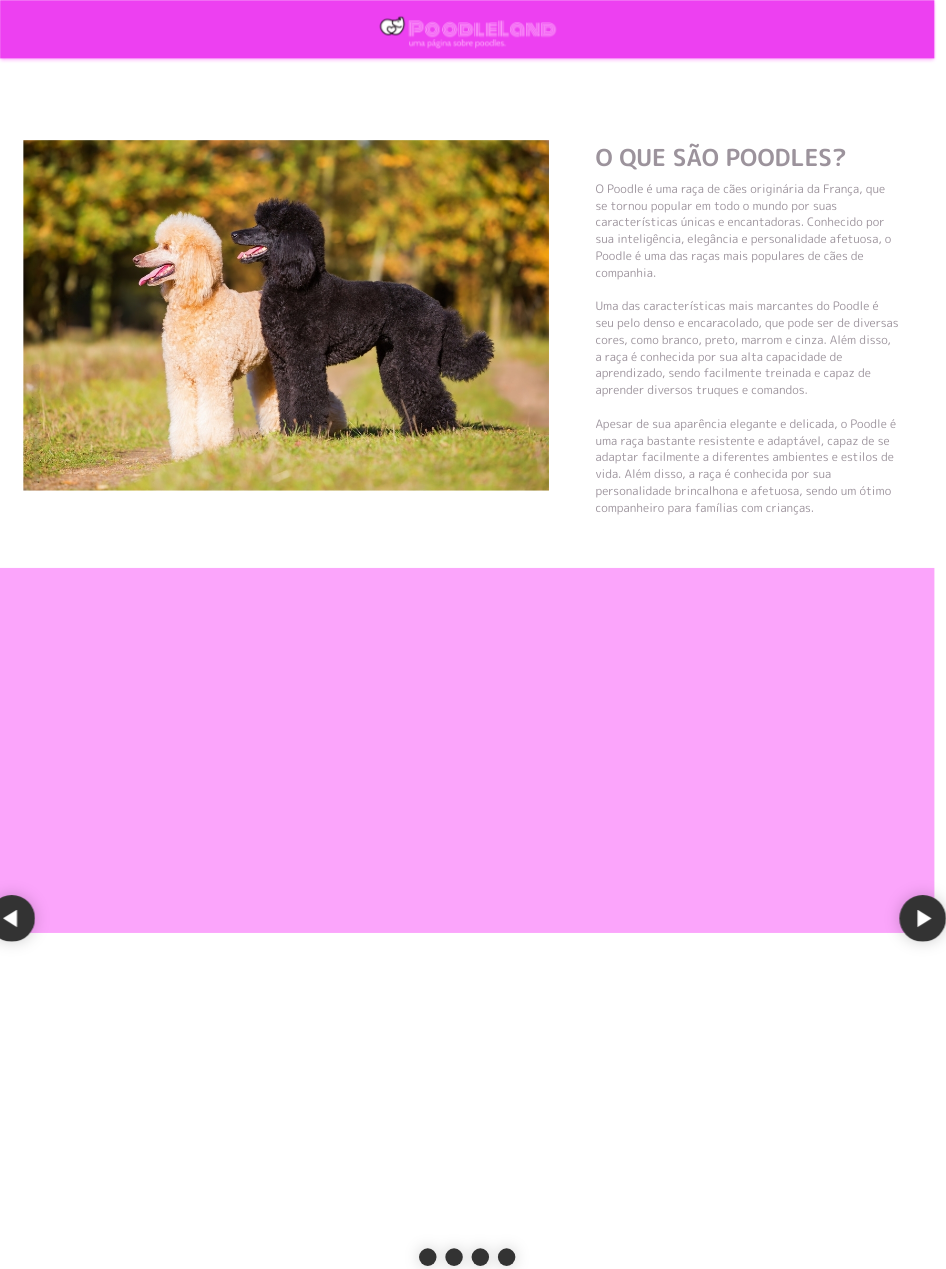
Repository: vinibalt/PoodleLand
Page: poddlelandia.html
The author's editor kept a copy of each file at every save. The page is drawn from the files as they stood at one save, then again after a run of saves.
The browser window is 1280 px wide. The page is 1296 px wide, so the pictures cover 1296 px, including what lies to the right of the window. The pictures show the whole page, at 73% of full size.

Above is the page before, as saved 2023-05-12 14:27:07.

### poddlelandia.html
<!DOCTYPE html>
<html lang="en">

<head>
    <meta charset="UTF-8">
    <meta http-equiv="X-UA-Compatible" content="IE=edge">
    <meta name="viewport" content="width=device-width, initial-scale=1.0">
    <link rel="stylesheet" href="./assets/css/styles.css">
    <title> PoodleLand </title>
</head>

<body>
    <header class="header">
        <div class="content">
            <img src="./assets/img/logo-poodleland.png" alt="" height="60px">
        </div>
    </header>

    <section class="section-one row">
        <div class="img-one">
            <img src="./assets/img/AdobeStock_126046368_Preview-transformed.jpeg" alt="" height="480px">
        </div>

        <div class="text-one">
            <h1>O QUE SÃO POODLES?</h1>
            <p>
                O Poodle é uma raça de cães originária da França, que se tornou popular em todo o mundo por suas
                características únicas e encantadoras. Conhecido por sua inteligência, elegância e personalidade
                afetuosa, o Poodle é uma das raças mais populares de cães de companhia. <br><br>
                Uma das características mais marcantes do Poodle é seu pelo denso e encaracolado, que pode ser de
                diversas cores, como branco, preto, marrom e cinza. Além disso, a raça é conhecida por sua alta
                capacidade de aprendizado, sendo facilmente treinada e capaz de aprender diversos truques e comandos.
                <br><br>
                Apesar de sua aparência elegante e delicada, o Poodle é uma raça bastante resistente e adaptável, capaz
                de se adaptar facilmente a diferentes ambientes e estilos de vida. Além disso, a raça é conhecida por
                sua personalidade brincalhona e afetuosa, sendo um ótimo companheiro para famílias com crianças.
                <br><br>

            </p>
        </div>
    </section>

    <section class="section-carousel">
        <div class="carousel" aria-label="Gallery">
            <ol class="carousel__viewport">
                <li id="carousel__slide1" tabindex="0" class="carousel__slide">
                    <div class="carousel__snapper">
                        <a href="#carousel__slide4" class="carousel__prev">Go to last slide</a>
                        <a href="#carousel__slide2" class="carousel__next">Go to next slide</a>
                    </div>
                </li>
                <li id="carousel__slide2" tabindex="0" class="carousel__slide">
                    <div class="carousel__snapper"></div>
                    <a href="#carousel__slide1" class="carousel__prev">Go to previous slide</a>
                    <a href="#carousel__slide3" class="carousel__next">Go to next slide</a>
                </li>
                <li id="carousel__slide3" tabindex="0" class="carousel__slide">
                    <div class="carousel__snapper"></div>
                    <a href="#carousel__slide2" class="carousel__prev">Go to previous slide</a>
                    <a href="#carousel__slide4" class="carousel__next">Go to next slide</a>
                </li>
                <li id="carousel__slide4" tabindex="0" class="carousel__slide">
                    <div class="carousel__snapper"></div>
                    <a href="#carousel__slide3" class="carousel__prev">Go to previous slide</a>
                    <a href="#carousel__slide1" class="carousel__next">Go to first slide</a>
                </li>
            </ol>
            <aside class="carousel__navigation">
                <ol class="carousel__navigation-list">
                    <li class="carousel__navigation-item">
                        <a href="#carousel__slide1" class="carousel__navigation-button">Go to slide 1</a>
                    </li>
                    <li class="carousel__navigation-item">
                        <a href="#carousel__slide2" class="carousel__navigation-button">Go to slide 2</a>
                    </li>
                    <li class="carousel__navigation-item">
                        <a href="#carousel__slide3" class="carousel__navigation-button">Go to slide 3</a>
                    </li>
                    <li class="carousel__navigation-item">
                        <a href="#carousel__slide4" class="carousel__navigation-button">Go to slide 4</a>
                    </li>
                </ol>
            </aside>
        </div>
    </section>

    <section class="section-two">

    </section>

    <footer>

    </footer>
</body>

</html>

### assets/css/styles.css
@import url('https://fonts.googleapis.com/css2?family=Heebo:wght@300;400;500;600;700;800;900&display=swap');
@import url('https://fonts.googleapis.com/css2?family=M+PLUS+Rounded+1c:wght@100;300;400;500;700;800;900&display=swap');
/* font-family: 'Heebo', sans-serif; */

* {
    padding: 0;
    margin: 0;

    font-family: 'M PLUS Rounded 1c', sans-serif;
}

body {
    scroll-behavior: smooth;
}

.header {
    height: 80px;
    position: sticky;
    top: 0;
    background-color: #ed40f1;
    box-shadow: 0px 3px 5px 0px rgba(255,171,252,1);

    justify-content: center;
    align-items: center;
    text-align: center;
}

.content > img {
    padding-top: 1rem;
    border-radius: .5rem;
}

.section-one {
    height: auto;
    padding-top: 4rem;

    padding: 4rem 1rem 1rem 0;
    color: #9c939c;
}

.img-one, .text-one{
    padding: 3rem 2rem 2rem;
}

.text-one {

}

.text-one > h1 {
 font-size: 32px;
 font-weight: 700;

 padding-bottom: .5rem;
}

.text-one > p {
    font-size: 16px;
    font-weight: 400;
}

.section-carousel {
    height: 500px;
    background-color: #fba5fb;

}








.row {
    display: flex;
    flex-direction: row;
}

.column {
    display: flex;
    flex-direction: column;
}



@keyframes tonext {
    75% {
      left: 0;
    }
    95% {
      left: 100%;
    }
    98% {
      left: 100%;
    }
    99% {
      left: 0;
    }
  }

  @keyframes tostart {
    75% {
      left: 0;
    }
    95% {
      left: -300%;
    }
    98% {
      left: -300%;
    }
    99% {
      left: 0;
    }
  }

  @keyframes snap {
    96% {
      scroll-snap-align: center;
    }
    97% {
      scroll-snap-align: none;
    }
    99% {
      scroll-snap-align: none;
    }
    100% {
      scroll-snap-align: center;
    }
  }


  *::-webkit-scrollbar {
    width: 0;
  }

  *::-webkit-scrollbar-track {
    background: transparent;
  }

  *::-webkit-scrollbar-thumb {
    background: transparent;
    border: none;
  }

  ol, li {
    list-style: none;
    margin: 0;
    padding: 0;
  }

  .carousel {
    padding-top: 75%;
    filter: drop-shadow(0 0 10px #0003);
    perspective: 100px;
  }

  .carousel__viewport {
    top: 0;
    right: 0;
    bottom: 0;
    left: 0;
    display: flex;
    overflow-x: scroll;
    counter-reset: item;
    scroll-behavior: smooth;
    scroll-snap-type: x mandatory;
  }

  .carousel__slide {
    position: relative;
    flex: 0 0 100%;
    width: 100%;
    background-color: #f99;
    counter-increment: item;
  }

  .carousel__slide:nth-child(even) {
    background-color: #99f;
  }

  .carousel__slide:before {
    content: counter(item);
    position: absolute;
    top: 50%;
    left: 50%;
    transform: translate3d(-50%,-40%,70px);
    color: #fff;
    font-size: 2em;
  }

  .carousel__snapper {
    position: absolute;
    top: 0;
    left: 0;
    width: 100%;
    height: 100%;
    scroll-snap-align: center;
  }

  @media (hover: hover) {
    .carousel__snapper {
      animation-name: tonext, snap;
      animation-timing-function: ease;
      animation-duration: 4s;
      animation-iteration-count: infinite;
    }

    .carousel__slide:last-child .carousel__snapper {
      animation-name: tostart, snap;
    }
  }

  @media (prefers-reduced-motion: reduce) {
    .carousel__snapper {
      animation-name: none;
    }
  }

  .carousel:hover .carousel__snapper,
  .carousel:focus-within .carousel__snapper {
    animation-name: none;
  }

  .carousel__navigation {
    position: absolute;
    right: 0;
    bottom: 0;
    left: 0;
    text-align: center;
  }

  .carousel__navigation-list,
  .carousel__navigation-item {
    display: inline-block;
  }

  .carousel__navigation-button {
    display: inline-block;
    width: 1.5rem;
    height: 1.5rem;
    background-color: #333;
    background-clip: content-box;
    border: 0.25rem solid transparent;
    border-radius: 50%;
    font-size: 0;
    transition: transform 0.1s;
  }

  .carousel::before,
  .carousel::after,
  .carousel__prev,
  .carousel__next {
    position: absolute;
    top: 0;
    margin-top: 37.5%;
    width: 4rem;
    height: 4rem;
    transform: translateY(-50%);
    border-radius: 50%;
    font-size: 0;
    outline: 0;
  }

  .carousel::before,
  .carousel__prev {
    left: -1rem;
  }

  .carousel::after,
  .carousel__next {
    right: -1rem;
  }

  .carousel::before,
  .carousel::after {
    content: '';
    z-index: 1;
    background-color: #333;
    background-size: 1.5rem 1.5rem;
    background-repeat: no-repeat;
    background-position: center center;
    color: #fff;
    font-size: 2.5rem;
    line-height: 4rem;
    text-align: center;
    pointer-events: none;
  }

  .carousel::before {
    background-image: url("data:[embedded picture, 149 characters]");
  }

  .carousel::after {
    background-image: url("data:[embedded picture, 151 characters]");
  }

After the next 2 saves:
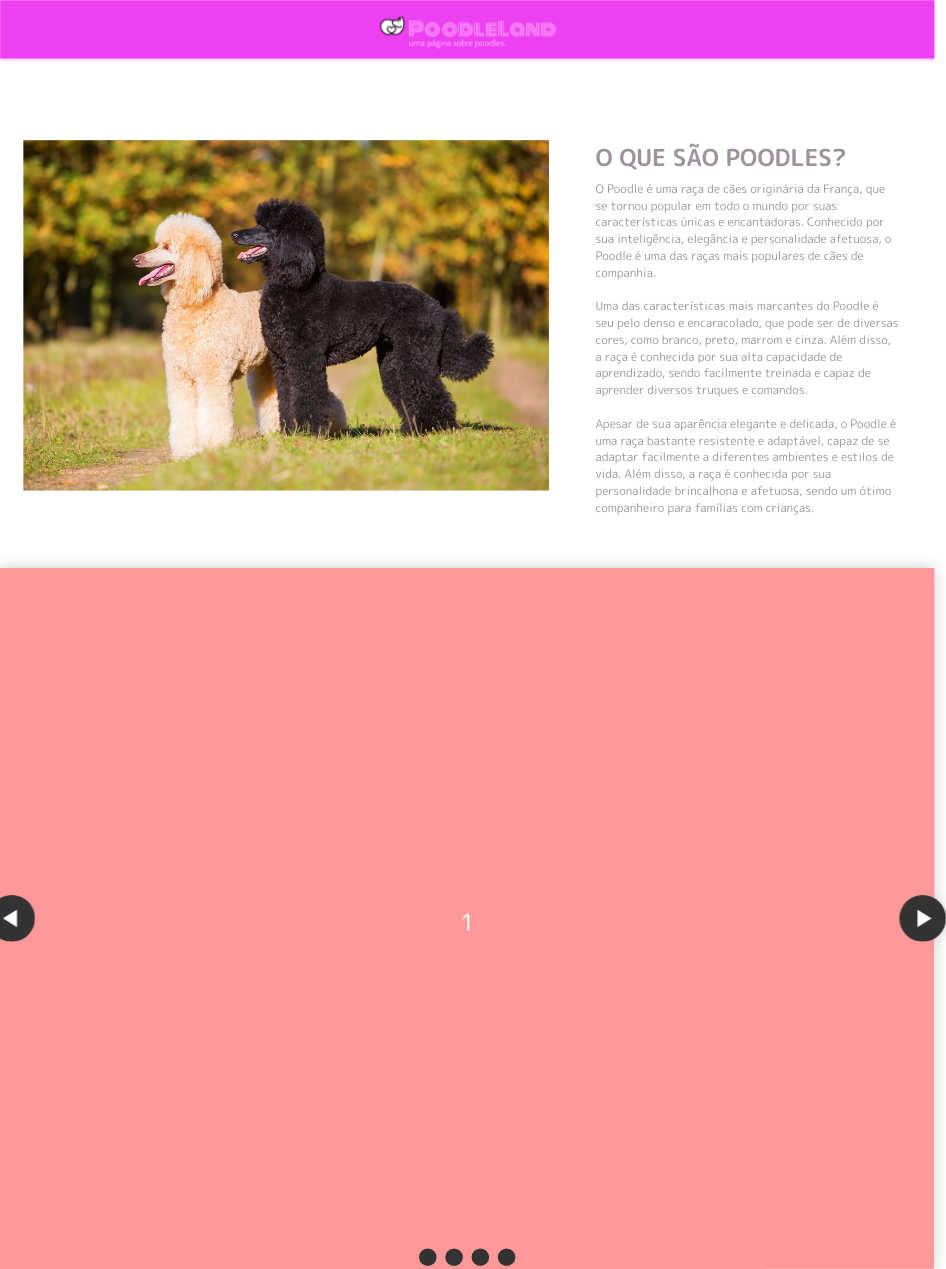
The 2 saves are shown as one change because they came seconds apart.
The last was saved 25 s later.
--- a/assets/css/styles.css
+++ b/assets/css/styles.css
@@ -142,6 +142,10 @@
     border: none;
   }
 
+  * {
+    -ms-overflow-style: none;
+  }
+
   ol, li {
     list-style: none;
     margin: 0;
@@ -149,12 +153,14 @@
   }
 
   .carousel {
+    position: relative;
     padding-top: 75%;
     filter: drop-shadow(0 0 10px #0003);
     perspective: 100px;
   }
 
   .carousel__viewport {
+    position: absolute;
     top: 0;
     right: 0;
     bottom: 0;

After the 2 saves that followed:
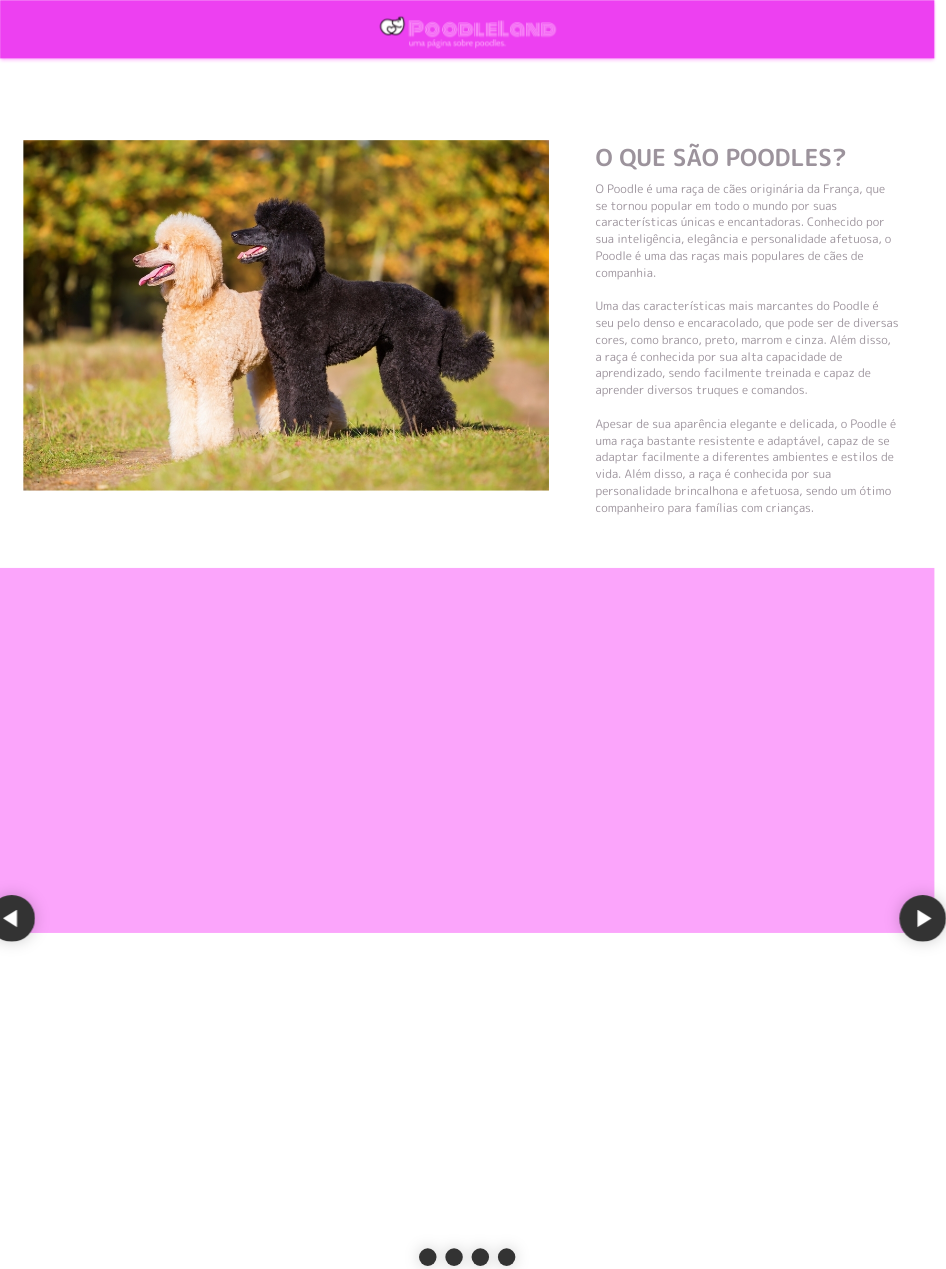
The 2 saves are shown as one change because 1 left the picture as it was.
The last was saved 45 s later.
--- a/assets/css/styles.css
+++ b/assets/css/styles.css
@@ -140,10 +140,6 @@
   *::-webkit-scrollbar-thumb {
     background: transparent;
     border: none;
-  }
-
-  * {
-    -ms-overflow-style: none;
   }
 
   ol, li {
@@ -160,7 +156,7 @@
   }
 
   .carousel__viewport {
-    position: absolute;
+
     top: 0;
     right: 0;
     bottom: 0;
